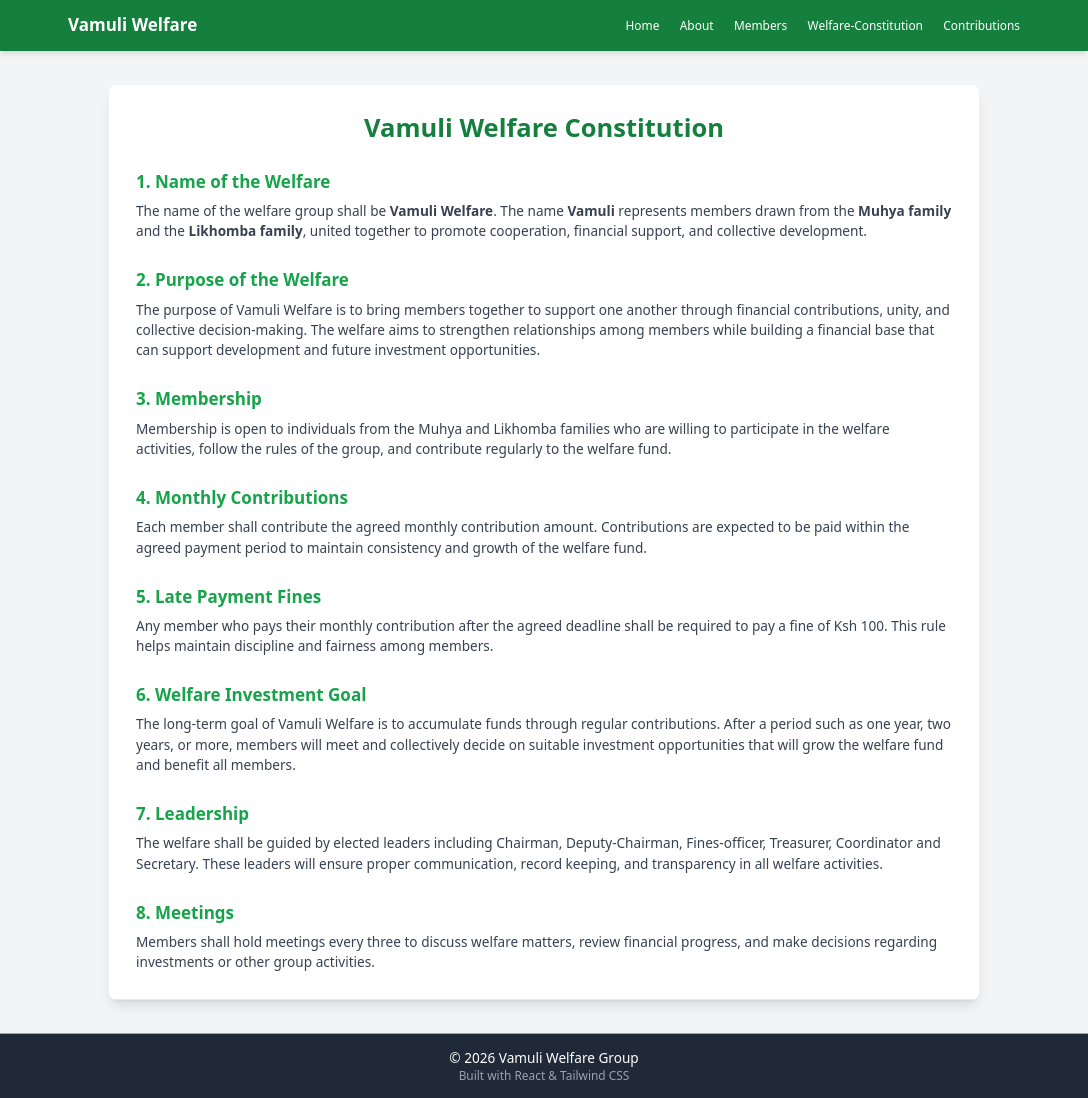
Repository: Engineer-collo/Vamuli-welfare
Page: /constitution
These files come from the project's save history. The page is drawn as it stood at one moment and after a run of saves; the edit follows.
The browser window is 1280 px wide. The pictures show the whole page, at 85% of full size.
The project was rebuilt for these pictures with package versions that can differ from the ones it lists, and the page was loaded fresh each time. Also part of the build but not shown: vite.config.js, src/pages/contributionsData.js, src/pages/Home.jsx, src/pages/Members.jsx, src/pages/ContributionsTable.jsx, src/pages/About.jsx.

Above is the page before, as saved 2026-03-16 15:21:37.

### index.html
<!doctype html>
<html lang="en">
  <head>
    <meta charset="UTF-8" />
    <link rel="icon" type="image/svg+xml" href="/favicon.svg" />
    <meta name="viewport" content="width=device-width, initial-scale=1.0" />
    <title>vamuli-welfare</title>
  </head>
  <body>
    <div id="root"></div>
    <script type="module" src="/src/main.jsx"></script>
  </body>
</html>

### src/App.jsx
import { BrowserRouter as Router, Routes, Route } from "react-router-dom";

import Navbar from "./components/Navbar";
import Footer from "./components/Footer";

import Home from "./pages/Home";
import Members from "./pages/Members";
import ContributionsTable from "./pages/ContributionsTable";
import WelfareConstituion from "./pages/WelfareConstituion";
import About from "./pages/About";

function App() {
  return (
    <Router>
      <div className="bg-gray-100 min-h-screen">

        <Navbar />

        <Routes>
          <Route path="/" element={<Home />} />
          <Route path="/members" element={<Members />} />
          <Route path="/contributions" element={<ContributionsTable />} />
          <Route path="/about" element={<About />} />
          <Route path="/constitution" element={<WelfareConstituion/>} />

        </Routes>

        <Footer />

      </div>
    </Router>
  );
}

export default App;

### src/components/Navbar.jsx
import { Link } from "react-router-dom";

function Navbar() {
  return (
    <nav className="bg-green-700 text-white shadow-md">
      <div className="max-w-6xl mx-auto flex justify-between items-center p-4">

        <h1 className="text-xl font-bold">
          <Link to="/">Vamuli Welfare</Link>
        </h1>

        <ul className="flex gap-6 text-sm">
          <li>
            <Link to="/" className="hover:text-gray-200">Home</Link>
          </li>

          <li>
            <Link to="/about" className="hover:text-gray-200">About</Link>
          </li>

          <li>
            <Link to="/members" className="hover:text-gray-200">Members</Link>
          </li>

          <li>
            <Link to="/constitution" className="hover:text-gray-200">Welfare-Constitution</Link>
          </li>


          <li>
            <Link to="/contributions" className="hover:text-gray-200">Contributions</Link>
          </li>



        </ul>

      </div>
    </nav>
  );
}

export default Navbar;

### src/components/Footer.jsx
import React from "react";

function Footer() {
  return (
    <footer className="bg-gray-800 text-white mt-10">
      <div className="max-w-6xl mx-auto text-center p-4">
        <p>© 2026 Vamuli Welfare Group</p>
        <p className="text-sm text-gray-400">
          Built with React & Tailwind CSS
        </p>
      </div>
    </footer>
  );
}

export default Footer;

### src/pages/WelfareConstituion.jsx
import React from "react";

function Constitution() {
  return (
    <div className="max-w-5xl mx-auto mt-10 bg-white shadow-lg rounded-lg p-8">

      <h1 className="text-3xl font-bold text-center text-green-700 mb-8">
        Vamuli Welfare Constitution
      </h1>

      {/* Introduction */}

      <section className="mb-8">
        <h2 className="text-xl font-semibold text-green-600 mb-2">
          1. Name of the Welfare
        </h2>

        <p className="text-gray-700">
          The name of the welfare group shall be <strong>Vamuli Welfare</strong>.
          The name <strong>Vamuli</strong> represents members drawn from the
          <strong> Muhya family </strong> and the <strong>Likhomba family</strong>,
          united together to promote cooperation, financial support, and
          collective development.
        </p>
      </section>

      {/* Purpose */}

      <section className="mb-8">
        <h2 className="text-xl font-semibold text-green-600 mb-2">
          2. Purpose of the Welfare
        </h2>

        <p className="text-gray-700">
          The purpose of Vamuli Welfare is to bring members together to support
          one another through financial contributions, unity, and collective
          decision-making. The welfare aims to strengthen relationships among
          members while building a financial base that can support development
          and future investment opportunities.
        </p>
      </section>

      {/* Membership */}

      <section className="mb-8">
        <h2 className="text-xl font-semibold text-green-600 mb-2">
          3. Membership
        </h2>

        <p className="text-gray-700">
          Membership is open to individuals from the Muhya and Likhomba
          families who are willing to participate in the welfare activities,
          follow the rules of the group, and contribute regularly to the
          welfare fund.
        </p>
      </section>

      {/* Contributions */}

      <section className="mb-8">
        <h2 className="text-xl font-semibold text-green-600 mb-2">
          4. Monthly Contributions
        </h2>

        <p className="text-gray-700">
          Each member shall contribute the agreed monthly contribution amount.
          Contributions are expected to be paid within the agreed payment
          period to maintain consistency and growth of the welfare fund.
        </p>
      </section>

      {/* Fines */}

      <section className="mb-8">
        <h2 className="text-xl font-semibold text-green-600 mb-2">
          5. Late Payment Fines
        </h2>

        <p className="text-gray-700">
          Any member who pays their monthly contribution after the agreed
          deadline shall be required to pay a fine of Ksh 100. This rule helps
          maintain discipline and fairness among members.
        </p>
      </section>

      {/* Investment */}

      <section className="mb-8">
        <h2 className="text-xl font-semibold text-green-600 mb-2">
          6. Welfare Investment Goal
        </h2>

        <p className="text-gray-700">
          The long-term goal of Vamuli Welfare is to accumulate funds through
          regular contributions. After a period such as one year, two years, or
          more, members will meet and collectively decide on suitable
          investment opportunities that will grow the welfare fund and benefit
          all members.
        </p>
      </section>

      {/* Leadership */}

      <section className="mb-8">
        <h2 className="text-xl font-semibold text-green-600 mb-2">
          7. Leadership
        </h2>

        <p className="text-gray-700">
          The welfare shall be guided by elected leaders including Chairman, Deputy-Chairman, Fines-officer, Treasurer,
          Coordinator and  Secretary. These leaders will ensure proper
          communication, record keeping, and transparency in all welfare
          activities.
        </p>
      </section>

      {/* Meetings */}

      <section>
        <h2 className="text-xl font-semibold text-green-600 mb-2">
          8. Meetings
        </h2>

        <p className="text-gray-700">
          Members shall hold meetings every three to discuss welfare
          matters, review financial progress, and make decisions regarding
          investments or other group activities.
        </p>
      </section>

    </div>
  );
}

export default Constitution;

### tailwind.config.js
/** @type {import('tailwindcss').Config} */
module.exports = {
  content: [
    "./index.html",
    "./src/**/*.{js,jsx}"
  ],
  theme: {
    extend: {},
  },
  plugins: [],
};

Loaded but not shown: src/main.jsx (common file); src/index.css (common file)

After the next 3 saves:
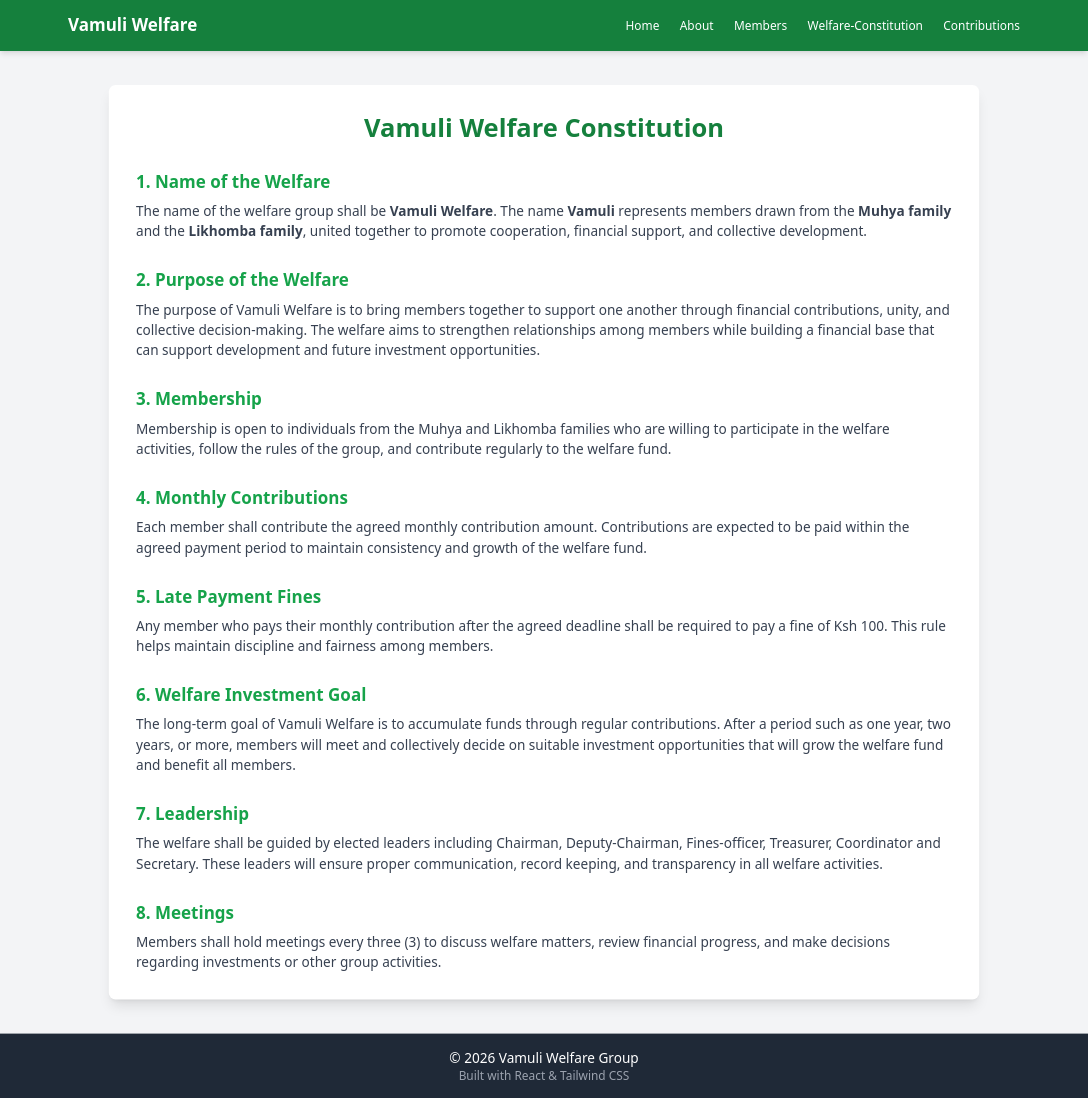
The 3 saves are shown as one change because they came seconds apart.
The last was saved 7 s later.
--- a/src/pages/WelfareConstituion.jsx
+++ b/src/pages/WelfareConstituion.jsx
@@ -122,7 +122,7 @@ function Constitution() {
         </h2>
 
         <p className="text-gray-700">
-          Members shall hold meetings every three to discuss welfare
+          Members shall hold meetings every three (3)  to discuss welfare
           matters, review financial progress, and make decisions regarding
           investments or other group activities.
         </p>
